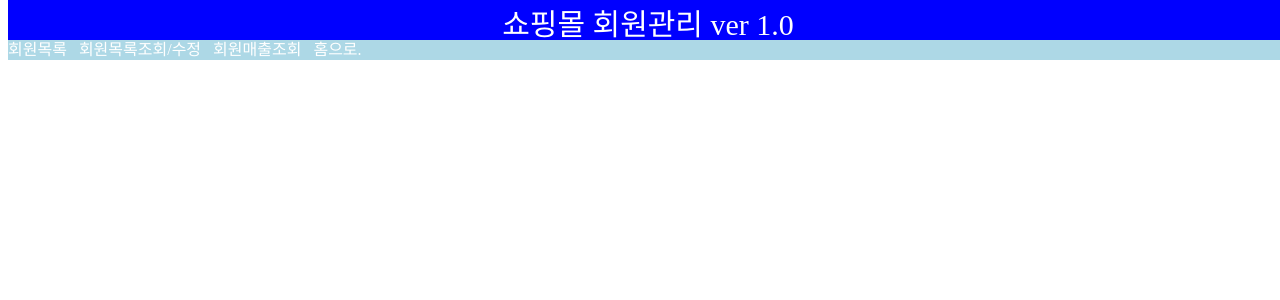
Repository: RnfElwl/youtube_infoT
Page: http://localhost/HRD_30812/
These files come from the project's save history. The page is drawn as it stood at one moment and after the next save; the edit follows.
The browser window is 1280 px wide. The pictures show the whole page.
The page is served by Tomcat 9. Other server files are loaded and not shown.

Above is the page before, as saved 2022-03-10 14:05:13.

### HRD_30812/src/main/webapp/index.jsp
<%@ page language="java" contentType="text/html; charset=UTF-8"
    pageEncoding="UTF-8"%>
<!DOCTYPE html>
<html>
<head>
<meta charset="UTF-8">
<title>index</title>
</head>
<body>
	<header style="position:fixed; top:0px; width:100%; height:40px;
	background-color:blue; color:white;font-size:30px; text-align:center; line-height:40px '"> 쇼핑몰 회원관리 ver 1.0</header>
	<nav style="position:fixed; top:40px; width:100%; height:20px;
	background-color:lightblue; color:white; line-height:20px ">회원목록 &nbsp; 회원목록조회/수정 &nbsp;&nbsp;회원매출조회 &nbsp;&nbsp;홈으로.</nav>
</body>
</html>

After the next save:
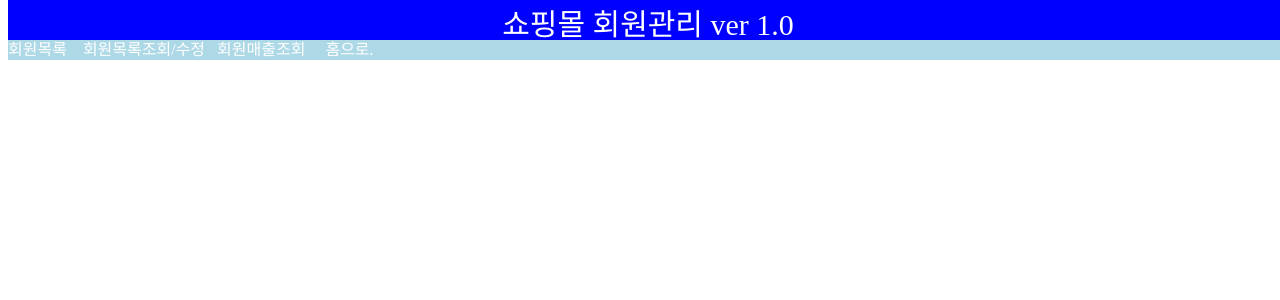
Saved 30 s later.
--- a/HRD_30812/src/main/webapp/index.jsp
+++ b/HRD_30812/src/main/webapp/index.jsp
@@ -10,6 +10,6 @@
 	<header style="position:fixed; top:0px; width:100%; height:40px;
 	background-color:blue; color:white;font-size:30px; text-align:center; line-height:40px '"> 쇼핑몰 회원관리 ver 1.0</header>
 	<nav style="position:fixed; top:40px; width:100%; height:20px;
-	background-color:lightblue; color:white; line-height:20px ">회원목록 &nbsp; 회원목록조회/수정 &nbsp;&nbsp;회원매출조회 &nbsp;&nbsp;홈으로.</nav>
+	background-color:lightblue; color:white; line-height:20px ">회원목록 &nbsp;&nbsp; 회원목록조회/수정 &nbsp;&nbsp;회원매출조회 &nbsp;&nbsp;&nbsp;&nbsp;홈으로.</nav>
 </body>
 </html>
